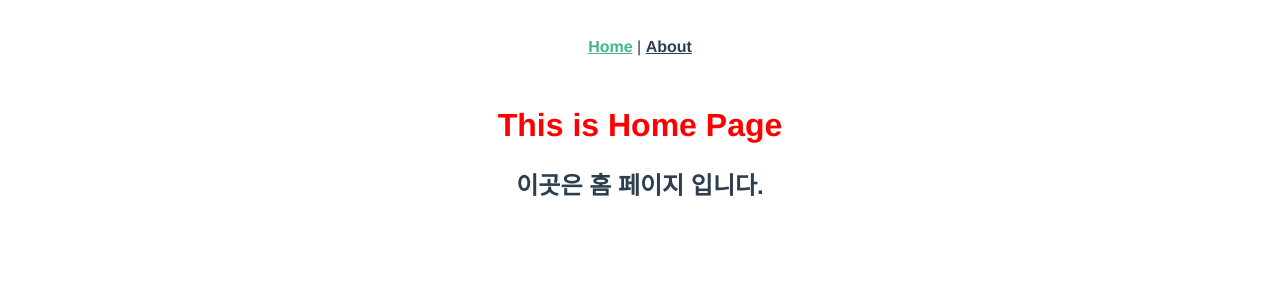
Repository: RyuGeunHwan/code_J
Page: / (app in vue-emit/)
These files come from the project's save history. The page is drawn as it stood at one moment and after the next save; the edit follows.
The browser window is 1280 px wide. The pictures show the whole page.
The project was rebuilt for these pictures with package versions that can differ from the ones it lists, and the page was loaded fresh each time.

Above is the page before, as saved 2022-08-12 09:28:16.

### vue-emit/src/views/Home.vue
<!-- template태그 : HTML이 들어가는 구역  -->
<template>
  <div>
    <h1>This is Home Page</h1>
    <h2>이곳은 홈 페이지 입니다.</h2>
    <!-- <KossieCoder name="Ryu"/> -->
  </div>
</template>

<!-- script태그 : 옵션,데이터,computed,watch 등이 들어가는 구역 -->
<script>
// import KossieCoder from '@/components/KossieCoder.vue';


export default {
  components: {
    // import한 컴포넌트를 사용하겠다는 설정
    // KossieCoder
  }
}
</script>


<!-- style : CSS코드 -->
<!-- scoped를 넣어줘야 위에보이는 template의 html태그에 적용이 된다. scoped를 않넣으면 vue어플리케이션 전체에 적용이 된다.-->
<style scoped>
h1{
  color : red
}
</style>

Loaded but not shown: vue-emit/public/index.html (common file); vue-emit/src/main.js (common file); vue-emit/src/App.vue (common file); vue-emit/src/router/index.js (common file); vue-emit/src/store/index.js (common file)

After the next save:
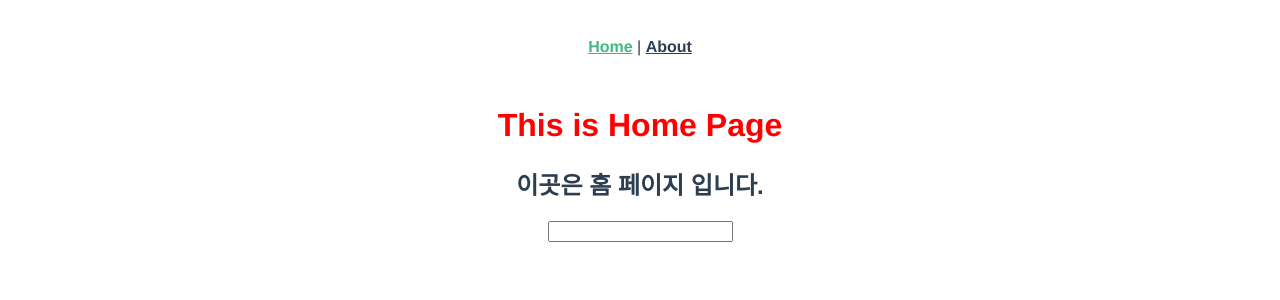
Saved 77 s later.
--- a/vue-emit/src/views/Home.vue
+++ b/vue-emit/src/views/Home.vue
@@ -3,19 +3,23 @@
   <div>
     <h1>This is Home Page</h1>
     <h2>이곳은 홈 페이지 입니다.</h2>
-    <!-- <KossieCoder name="Ryu"/> -->
+    <form action="">
+      <label for="">
+        <input type="text">
+      </label>
+    </form>
   </div>
 </template>
 
 <!-- script태그 : 옵션,데이터,computed,watch 등이 들어가는 구역 -->
 <script>
-// import KossieCoder from '@/components/KossieCoder.vue';
 
 
 export default {
-  components: {
-    // import한 컴포넌트를 사용하겠다는 설정
-    // KossieCoder
+  data(){
+    return{
+      name : 'Kossie Coder'
+    }
   }
 }
 </script>
